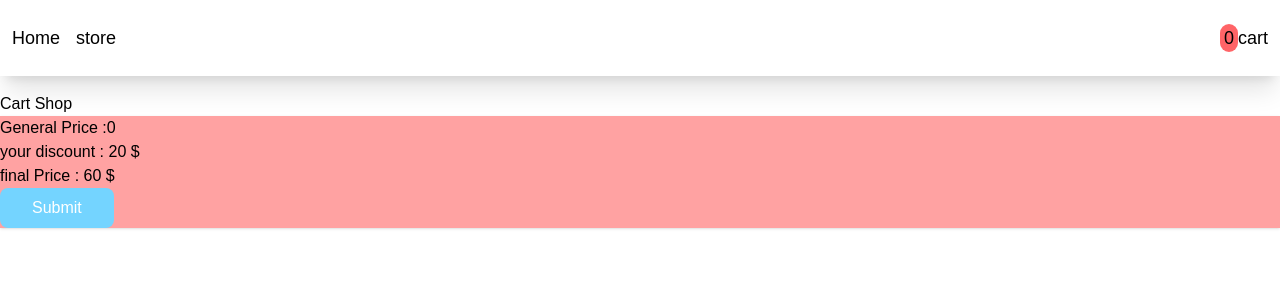
Repository: Rohullah-Noori/Nextjs-online-shop
Page: /cart
An editor plug-in stored every save of this project. The page is shown before and after the next save, followed by the edit.
The browser window is 1280 px wide. The pictures show the whole page.
The project was rebuilt for these pictures with package versions that can differ from the ones it lists, and the page was loaded fresh each time. The framework's server and built-in components were replaced by stand-ins that run in the browser. Requests to the local data server were answered from the project's data file. Also part of the build but not shown: next.config.ts, src/app/components/AddToCart.tsx, src/app/components/CartItem.tsx.

Above is the page before, as saved 2025-05-13 16:23:45.

After the next save:
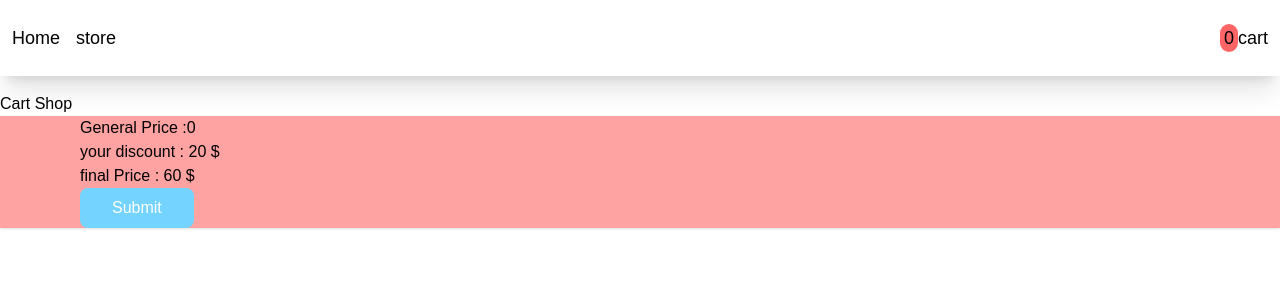
Saved 23 s later.
--- a/src/app/cart/page.tsx
+++ b/src/app/cart/page.tsx
@@ -29,7 +29,7 @@ export default function Cart() {
         <CartItem key={item.id} {...item} />
       ))}
 
-      <div className="shadow bg-red-300  gap-y-2  ">
+      <div className="shadow bg-red-300  gap-y-2 px-20 ">
         <p>
           General Price :
           <span>
